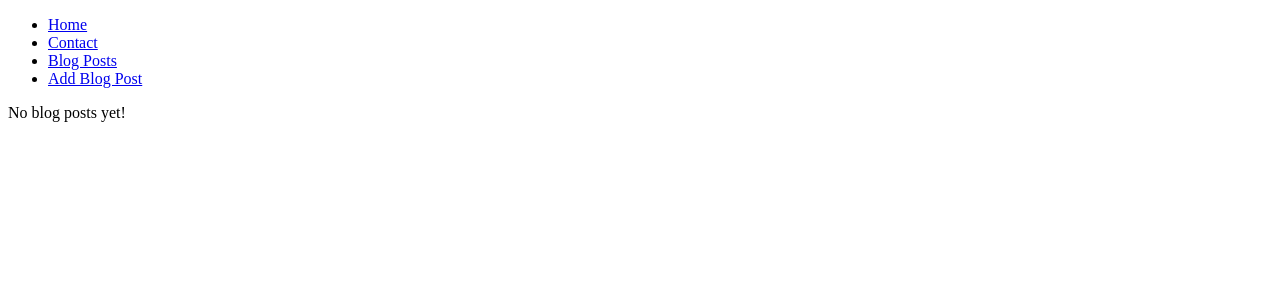
Repository: VieiraSA/laravel-course
Page: http://localhost/posts
An editor plug-in stored every save of this project. The page is shown before and after the next save, followed by the edit.
The browser window is 1280 px wide. The pictures show the whole page.
The page is served by the project's Laravel application, run on PHP 8.4 with Laravel 8. Other server files are loaded and not shown. Style sheets and scripts are compiled from the project's sources, by tool versions that may differ from the author's. Queries for data that is not in the repository find no rows.

Above is the page before, as saved 2020-06-11 10:38:14.

### routes/web.php
<?php

use Illuminate\Support\Facades\Route;

/*
|--------------------------------------------------------------------------
| Web Routes
|--------------------------------------------------------------------------
|
| Here is where you can register web routes for your application. These
| routes are loaded by the RouteServiceProvider within a group which
| contains the "web" middleware group. Now create something great!
|
*/

Route::get('/', 'HomeController@home')->name('home');
Route::get('/contact', 'HomeController@contact')->name('contact');
Route::resource('/posts','PostController');

### app/Http/Controllers/PostController.php
<?php

namespace App\Http\Controllers;

use Illuminate\Http\Request;
use App\BlogPost;
use App\Http\Requests\StorePost;

class PostController extends Controller
{
    /**
     * Display a listing of the resource.
     *
     * @return \Illuminate\Http\Response
     */
    public function index()
    {
        return view('posts.index',['posts' => BlogPost::all()]);
    }

    /**
     * Show the form for creating a new resource.
     *
     * @return \Illuminate\Http\Response
     */
    public function create()
    {
        return view('posts.create');
    }

    /**
     * Store a newly created resource in storage.
     *
     * @param  \Illuminate\Http\Request  $request
     * @return \Illuminate\Http\Response
     */
    public function store(StorePost $request)
    {
        $validatedData = $request->validated();

        $blogPost = BlogPost::create($validatedData);

        $request->session()->flash('status', 'Blog post was created!');

        return redirect()->route('posts.show',['post' => $blogPost->id]);
    }

    /**
     * Display the specified resource.
     *
     * @param  int  $id
     * @return \Illuminate\Http\Response
     */
    public function show(Request $request,$id)
    {
        //$request->session()->reflash();
        return view('posts.show',['post' => BlogPost::findOrFail($id)]);
    }

    /**
     * Show the form for editing the specified resource.
     *
     * @param  int  $id
     * @return \Illuminate\Http\Response
     */
    public function edit($id)
    {
        $post = BlogPost::findOrFail($id);
        return view('posts.edit',['post' => $post]);
    }

    /**
     * Update the specified resource in storage.
     *
     * @param  \Illuminate\Http\Request  $request
     * @param  int  $id
     * @return \Illuminate\Http\Response
     */
    public function update(StorePost $request,$id)
    {
        $post = BlogPost::findOrFail($id);
        $validatedData = $request->validated();

        $post->fill($validatedData);
        $post->save();
        $request->session()->flash('status', 'Blog post was updated!');

        return redirect()->route('posts.show',['post' => $post->id]);
    }

    /**
     * Remove the specified resource from storage.
     *
     * @param  int  $id
     * @return \Illuminate\Http\Response
     */
    public function destroy(Request $request,$id)
    {
        $post = BlogPost::findOrFail($id);
        $post->delete();
        $request->session()->flash('status', 'Blog post was deleted!');

        return redirect()->route('posts.index');
    }
}

### app/BlogPost.php
<?php

namespace App;

use Illuminate\Database\Eloquent\Model;

class BlogPost extends Model
{
    //protected $table = 'blog_posts';
    protected $fillable = ['title', 'content'];
}

### resources/views/posts/index.blade.php
@extends('layout')
@section('content')

@forelse ($posts as $post)
<p>
  <h3>
    <a href="{{ route('posts.show', ['post' => $post->id ])  }}">
      {{ $post->title }}
    </a>
  </h3>
  <a href="{{ route('posts.edit', ['post' => $post->id ])  }}">
    Edit
  </a>
<form method="POST" action="{{ route('posts.destroy', ['post' => $post->id ]) }}">
@csrf
@method('DELETE')
<input type="submit" value="Delete!">
</form>
@empty
<p>No blog posts yet!</p>

@endforelse

@endsection

### resources/views/layout.blade.php
<!DOCTYPE html>
<html lang="en">
<head>
  <meta charset="UTF-8">
  <meta name="viewport" content="width=device-width, initial-scale=1.0">
  <title>Document</title>
</head>
<body>
  <ul>
    <li><a href="{{ route('home') }}"> Home </a></li>
    <li><a href="{{ route('contact') }}"> Contact </a></li>
    <li><a href="{{ route('posts.index') }}"> Blog Posts </a></li>
    <li><a href="{{ route('posts.create') }}"> Add Blog Post </a></li>
  </ul>

  @if (session()->has('status'))
    <p style="color: green">
      {{ session()->get('status') }}
    </p>
  @endif
  @yield('content')
</body>
</html>

Loaded but not shown: app/Http/Controllers/Controller.php (common file); public/mix-manifest.json (common file); resources/sass/app.scss (common file); resources/sass/_variables.scss (common file)

After the next save:
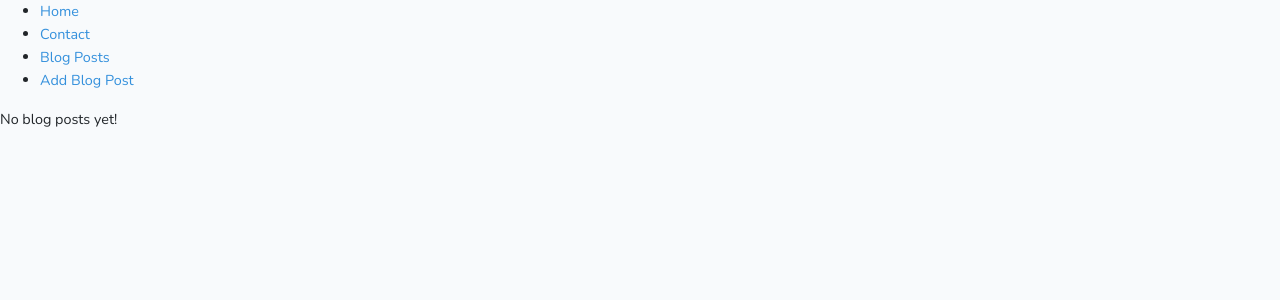
Saved 5 min 19 s later.
--- a/resources/views/layout.blade.php
+++ b/resources/views/layout.blade.php
@@ -3,6 +3,7 @@
 <head>
   <meta charset="UTF-8">
   <meta name="viewport" content="width=device-width, initial-scale=1.0">
+  <link rel="stylesheet" href="{{ mix('css/app.css') }}">
   <title>Document</title>
 </head>
 <body>
@@ -14,9 +15,9 @@
   </ul>
 
   @if (session()->has('status'))
-    <p style="color: green">
-      {{ session()->get('status') }}
-    </p>
+  <p style="color: green">
+    {{ session()->get('status') }}
+  </p>
   @endif
   @yield('content')
 </body>
